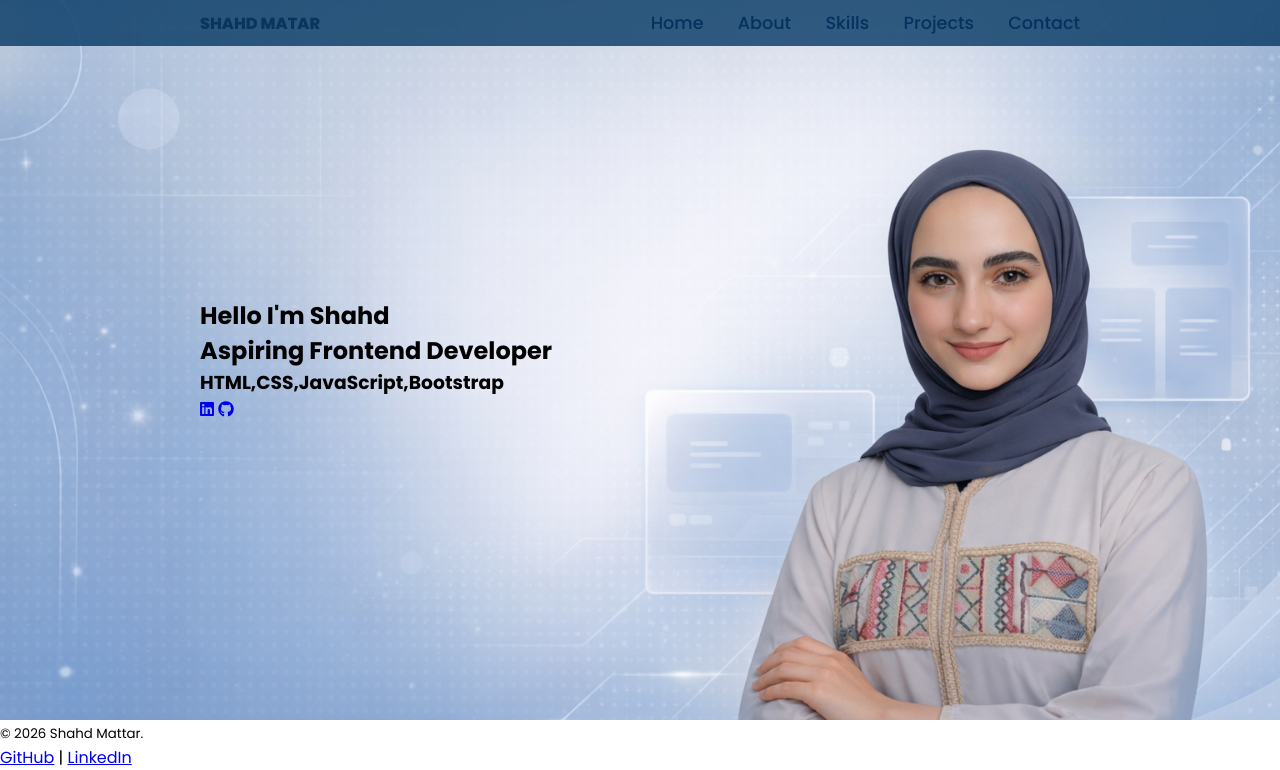
Repository: shahdmattar/personal-landing-page
Page: index.html
An editor plug-in stored every save of this project. The page is shown before and after the next save, followed by the edit.
The browser window is 1280 px wide. The pictures show the whole page.
Backgrounds fixed to the window are drawn as part of the page.

Above is the page before, as saved 2026-04-15 02:24:06.

After the next save:
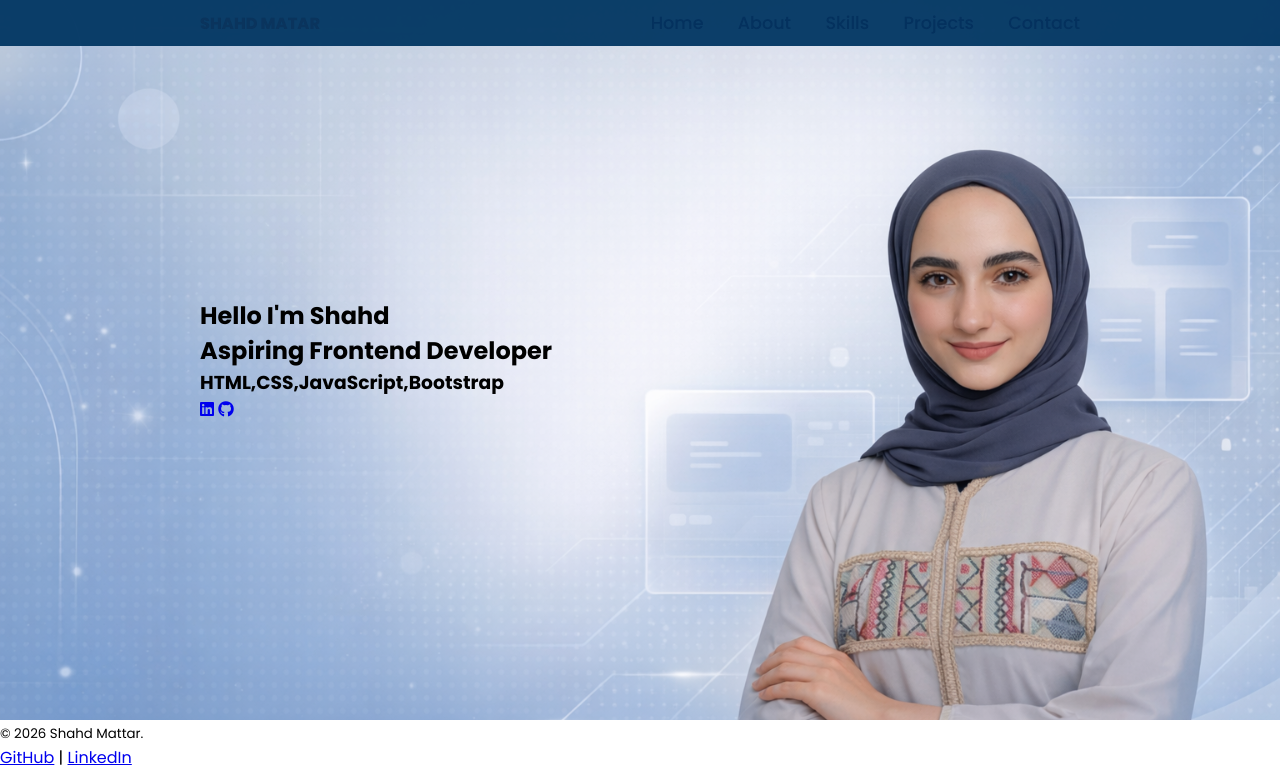
Saved 16 s later.
--- a/style.css
+++ b/style.css
@@ -10,7 +10,7 @@
 
 header{
   width:100%;
-  background-color:rgba(4, 56, 99, 0.8);
+  background-color:rgba(4, 56, 99, 0.96);
   position:fixed;
   display:flex;
   justify-content: space-between;
